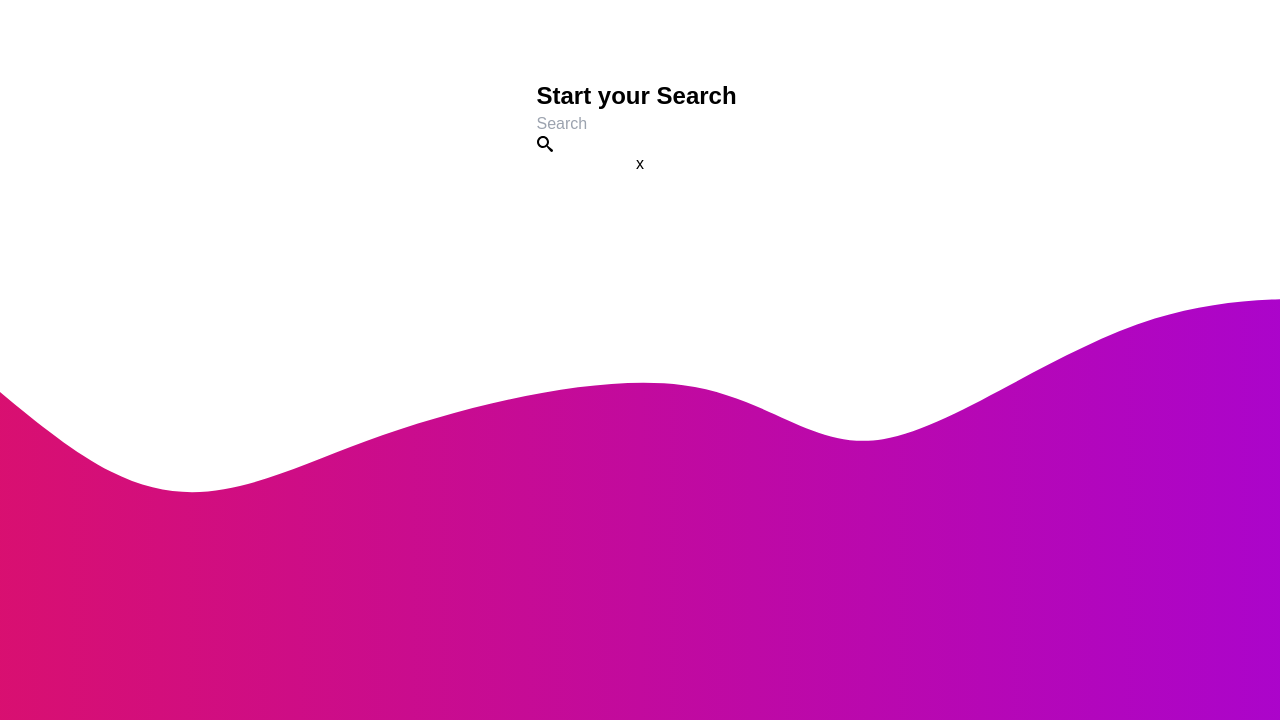
Repository: evergreenx/dictionary-octo
Page: /
An editor plug-in stored every save of this project. The page is shown before and after a run of saves, followed by the edit.
The browser window is 1280 px wide. The pictures show the whole page.
The project was rebuilt for these pictures with package versions that can differ from the ones it lists, and the page was loaded fresh each time. The framework's server and built-in components were replaced by stand-ins that run in the browser. Also part of the build but not shown: next.config.js.

Above is the page before, as saved 2022-04-30 14:53:38.

### pages/index.js
import Head from "next/head";
import Image from "next/image";
import bgimage from "../public/bg.svg";

import { ImSearch } from "react-icons/im";

export default function Home() {
  return (
    <div>
      <Head>
        <title>Create Next App</title>
        <meta name="description" content="Generated by create next app" />
        <link rel="icon" href="/favicon.ico" />
      </Head>

      <main className=" flex flex-col justify-center items-center py-20">
        <div className="input--container">
          <h1 className="text-2xl font-bold">Start your Search</h1>

          <div className="">
            <input className="input--text" type="text" placeholder="Search" />

            <ImSearch />
          </div>
        </div>
        x{" "}
      </main>
    </div>
  );
}

### styles/globals.css
@tailwind base;
@tailwind components;
@tailwind utilities;

@import url("https://fonts.googleapis.com/css2?family=Quicksand&display=swap");

body {
  padding: 0;
  margin: 0;
  font-family: "Quicksand", sans-serif;
  background-image: url("../public/bg.svg");
  background-repeat: no-repeat;
  background-size: cover;
  background-position: bottom;
  height: 100vh;
  font-family: 'Quicksand', sans-serif;
}

a {
  color: inherit;
  text-decoration: none;
}

* {
  box-sizing: border-box;
}

Loaded but not shown: pages/_app.js (common file); tailwind.config.js (common file)

After the next 2 saves:
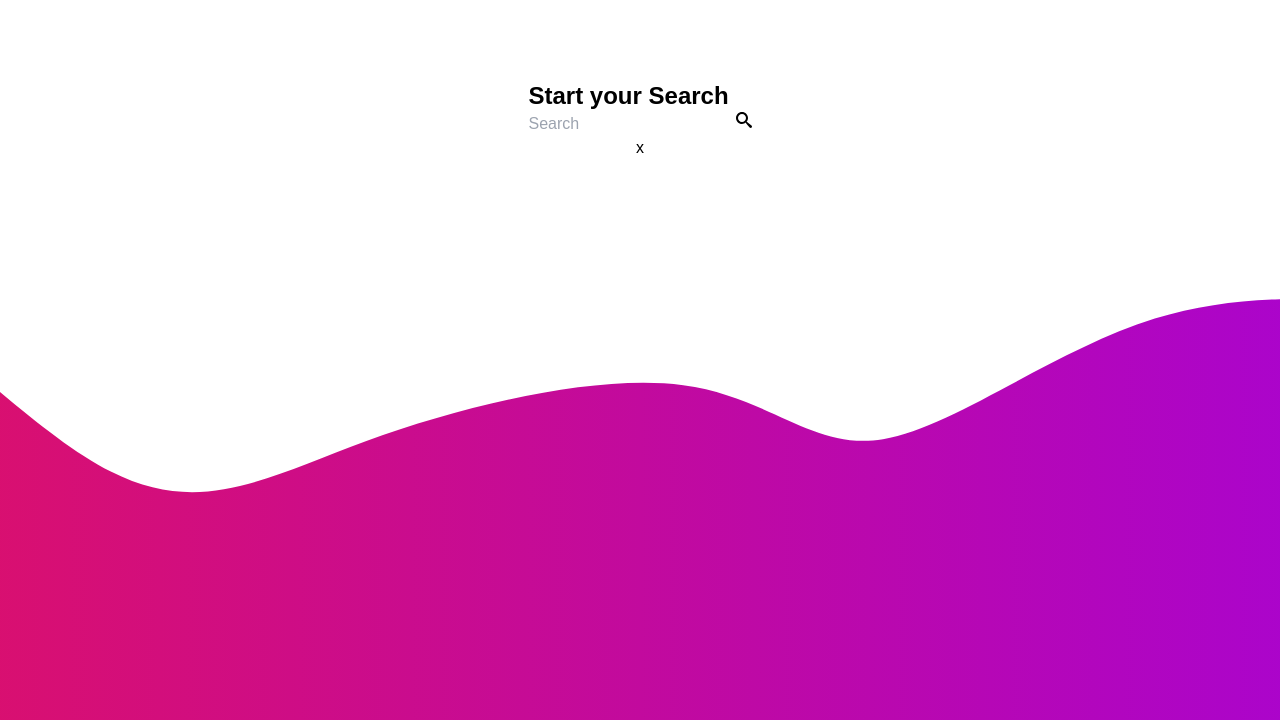
The 2 saves are shown as one change because they came seconds apart.
The last was saved 29 s later.
--- a/pages/index.js
+++ b/pages/index.js
@@ -17,7 +17,7 @@ export default function Home() {
         <div className="input--container">
           <h1 className="text-2xl font-bold">Start your Search</h1>
 
-          <div className="">
+          <div className="flex ">
             <input className="input--text" type="text" placeholder="Search" />
 
             <ImSearch />
